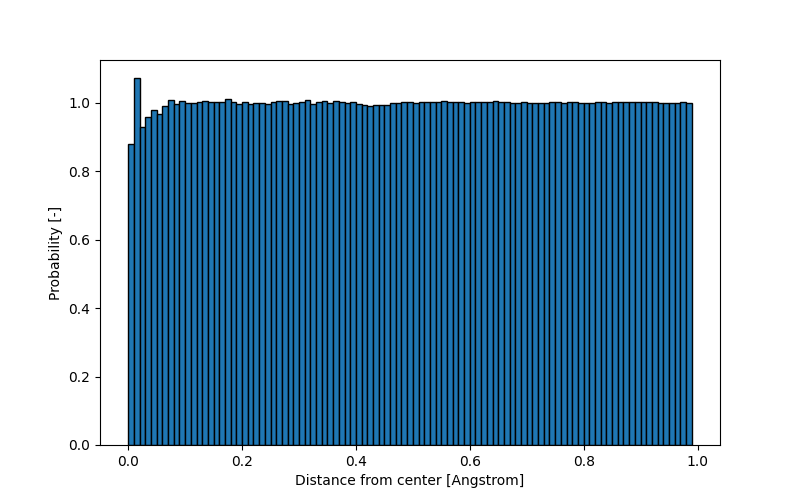
Repository: lspam6087-hash/PBS3
Script's output: python plotting_grf.py
These files come from the project's save history. The script's output is drawn as it stood at one moment and after the next save; the edit follows.
Random numbers start from a fixed seed.

Above is the script's output before, as saved 2025-10-09 10:19:44.

After the next save:
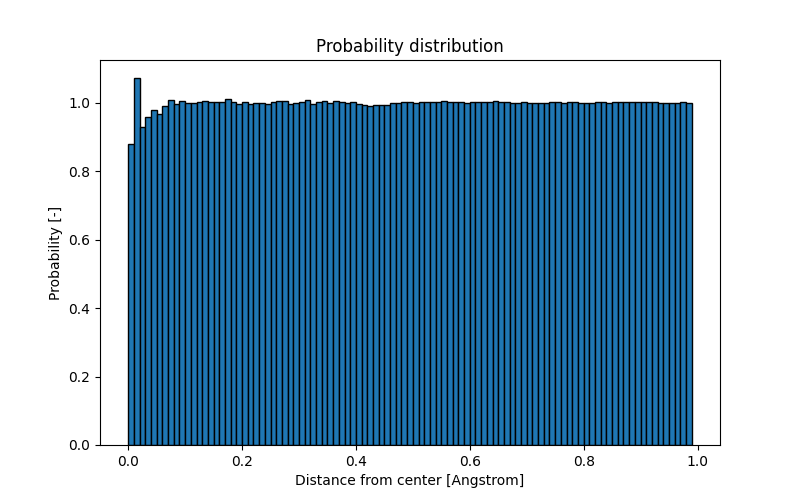
Saved 2 min 32 s later.
--- a/plotting_grf.py
+++ b/plotting_grf.py
@@ -28,6 +28,6 @@ plt.bar(x, y, width=np.diff(bin_edges), align='center', edgecolor='black')
 
 plt.xlabel("Distance from center [Angstrom]")
 plt.ylabel("Probability [-]")
-# plt.title("Probability distribution")
-plt.savefig("Figures/B2.png")
+plt.title("Probability distribution")
+# plt.savefig("Figures/B2.png")
 plt.show()
